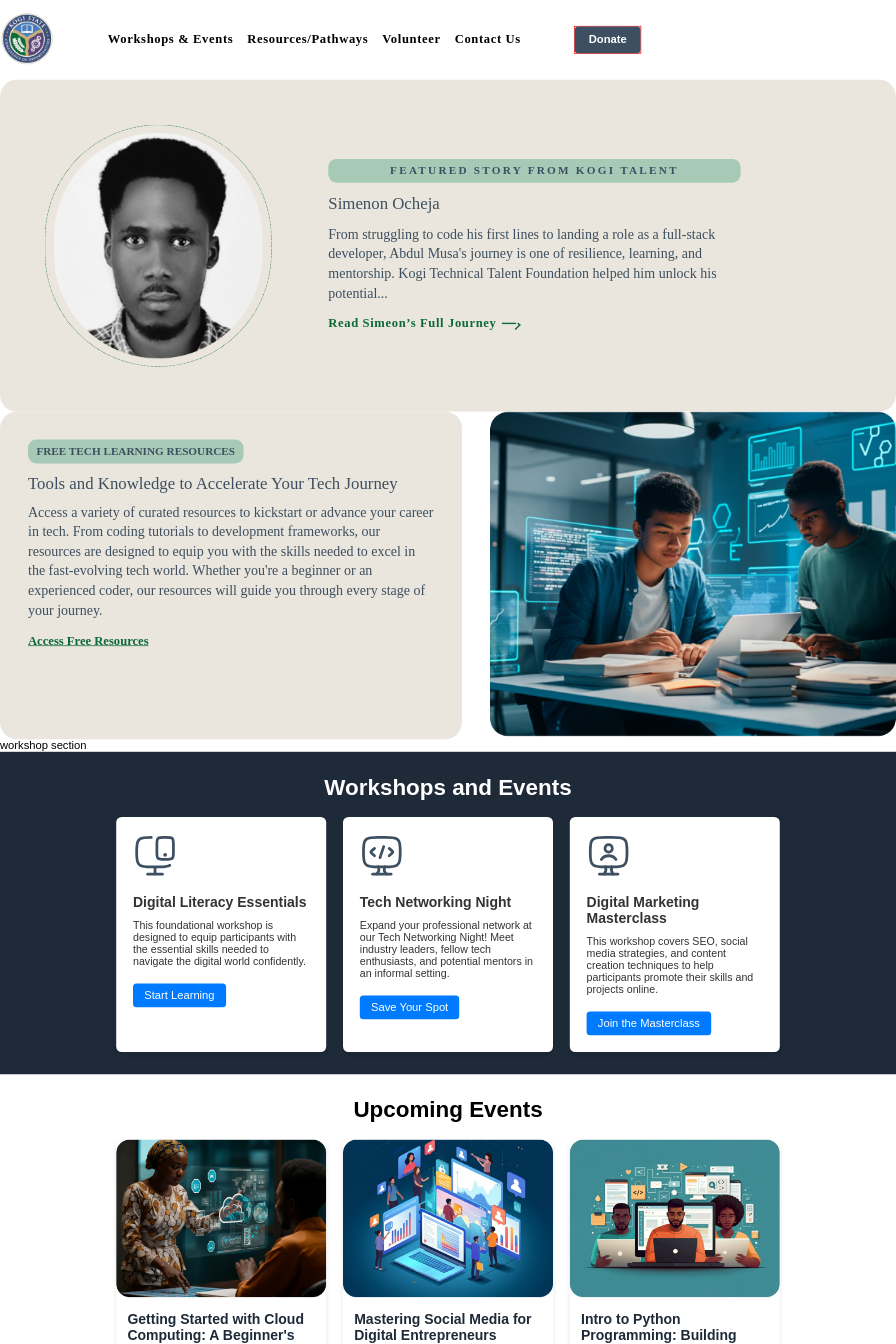
Repository: Cryptim/3MTT-Kogi-Foundation
Page: index.html
These files come from the project's save history. The page is drawn as it stood at one moment and after the next save; the edit follows.
The browser window is 1280 px wide. The pictures show the part of the page from y = 0 to 1920 px (the page is 2785 px tall before and 2892 px after), at 70% of full size.

Above is the page before, as saved 2024-11-04 03:17:54.

After the next save:
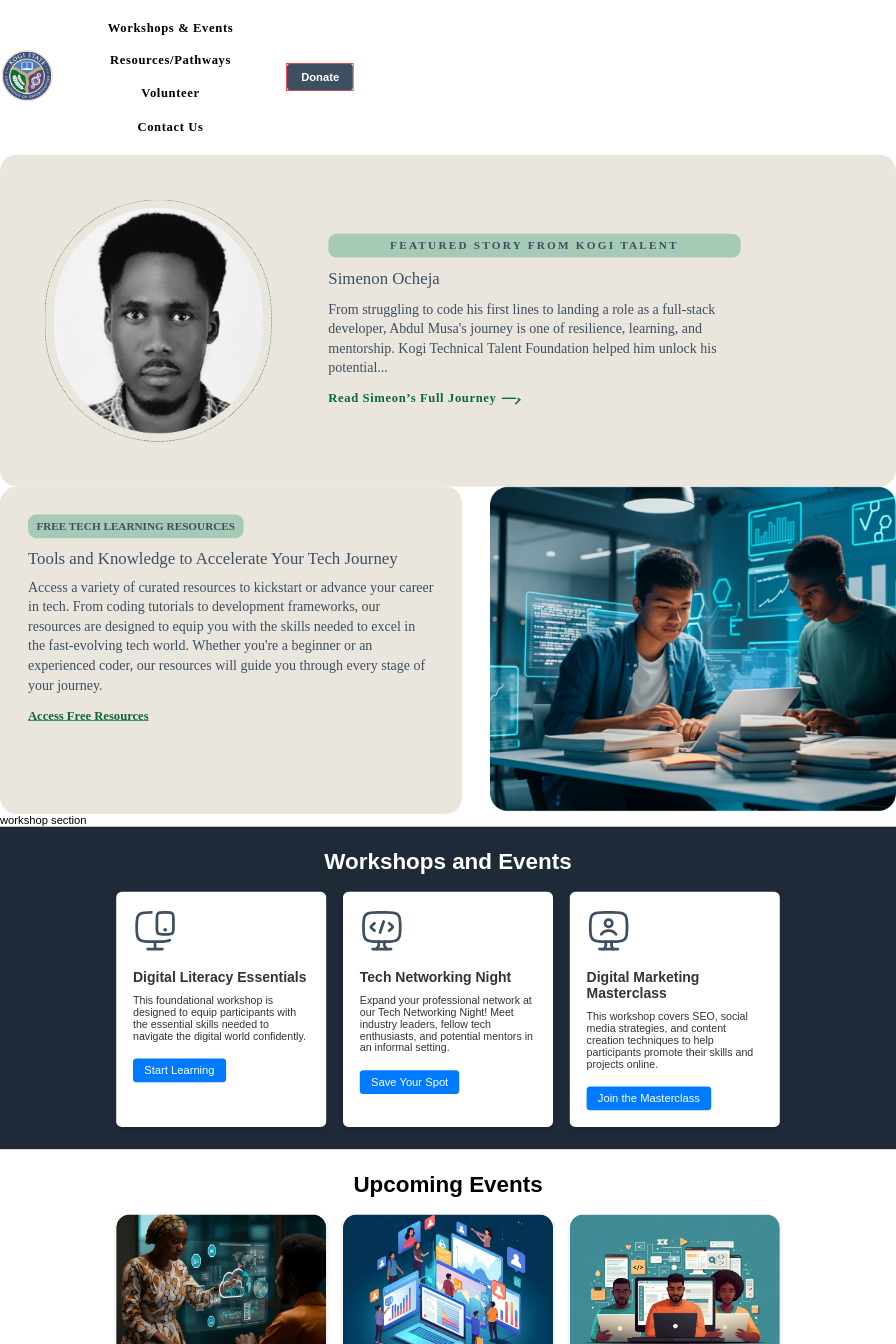
Saved 10 s later.
--- a/stlyes/style.css
+++ b/stlyes/style.css
@@ -30,7 +30,7 @@
   justify-content: center;
   align-items: center;
   /* gap: 40px; */
-  margin: 0 auto;
+border
   display: flex;
 }
 

After the 2 saves that followed:
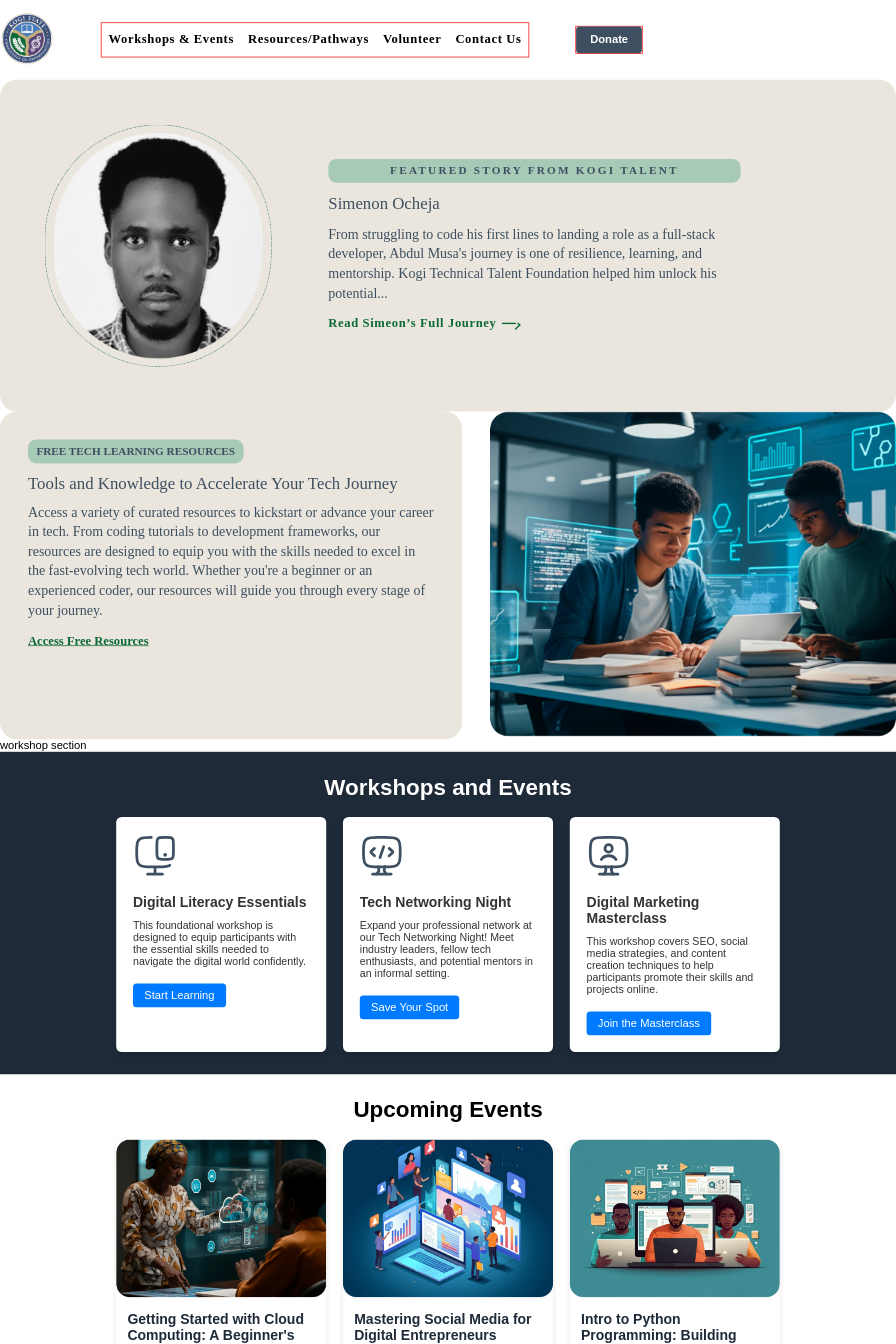
The 2 saves are shown as one change because they came seconds apart.
The last was saved 10 s later.
--- a/stlyes/style.css
+++ b/stlyes/style.css
@@ -30,7 +30,7 @@
   justify-content: center;
   align-items: center;
   /* gap: 40px; */
-border
+  border: 1px solid red;
   display: flex;
 }
 
